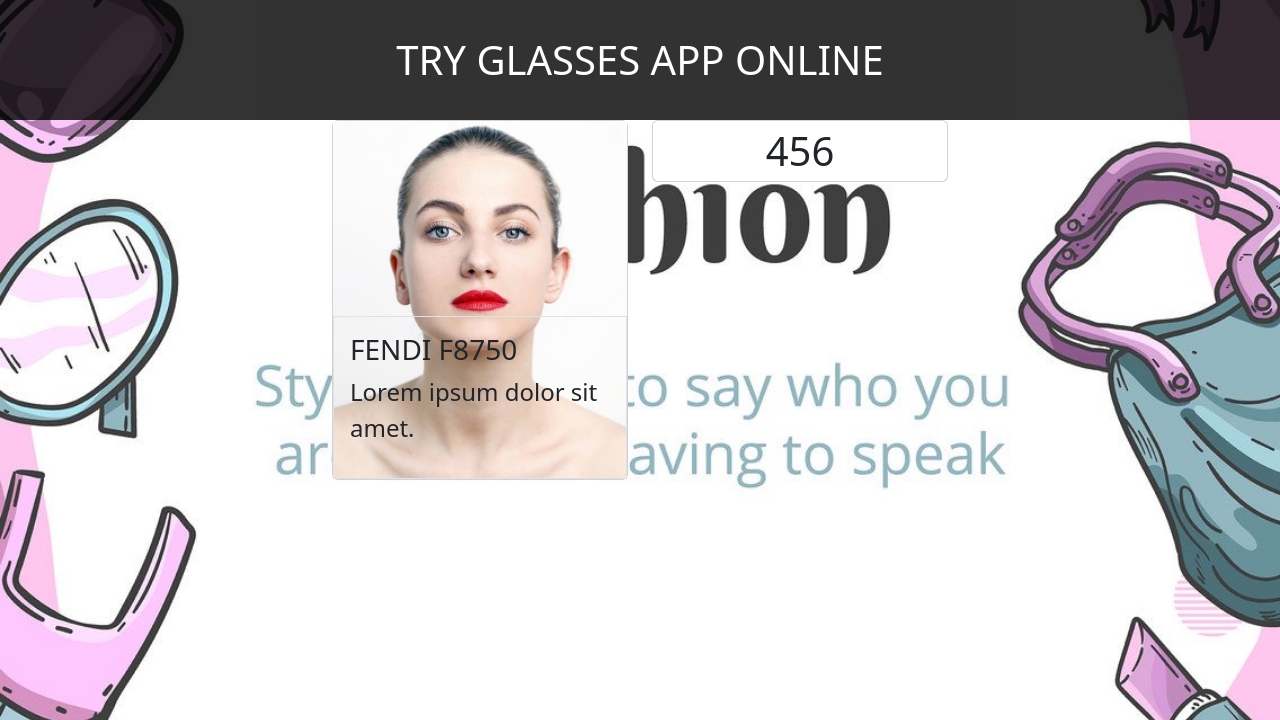
Repository: akira17518/React_JS_Glasses
Page: /
These files come from the project's save history. The page is drawn as it stood at one moment and after the next save; the edit follows.
The browser window is 1280 px wide. The pictures show the whole page.
The project was rebuilt for these pictures with package versions that can differ from the ones it lists, and the page was loaded fresh each time.

Above is the page before, as saved 2023-05-10 10:19:37.

### public/index.html
<!DOCTYPE html>
<html lang="en">

<head>
  <meta charset="utf-8" />
  <link rel="icon" href="%PUBLIC_URL%/favicon.ico" />
  <meta name="viewport" content="width=device-width, initial-scale=1" />
  <meta name="theme-color" content="#000000" />
  <meta name="description" content="Web site created using create-react-app" />
  <link rel="apple-touch-icon" href="%PUBLIC_URL%/logo192.png" />
  <!--
      manifest.json provides metadata used when your web app is installed on a
      user's mobile device or desktop. See https://developers.google.com/web/fundamentals/web-app-manifest/
    -->
  <link rel="manifest" href="%PUBLIC_URL%/manifest.json" />
  <link href="https://cdn.jsdelivr.net/npm/bootstrap@5.3.0-alpha3/dist/css/bootstrap.min.css" rel="stylesheet"
    integrity="sha384-KK94CHFLLe+nY2dmCWGMq91rCGa5gtU4mk92HdvYe+M/SXH301p5ILy+dN9+nJOZ" crossorigin="anonymous">
  <!--
      Notice the use of %PUBLIC_URL% in the tags above.
      It will be replaced with the URL of the `public` folder during the build.
      Only files inside the `public` folder can be referenced from the HTML.

      Unlike "/favicon.ico" or "favicon.ico", "%PUBLIC_URL%/favicon.ico" will
      work correctly both with client-side routing and a non-root public URL.
      Learn how to configure a non-root public URL by running `npm run build`.
    -->
  <title>React App</title>
</head>

<body class="">
  <noscript>You need to enable JavaScript to run this app.</noscript>
  <div id="root"></div>
  <!--
      This HTML file is a template.
      If you open it directly in the browser, you will see an empty page.

      You can add webfonts, meta tags, or analytics to this file.
      The build step will place the bundled scripts into the <body> tag.

      To begin the development, run `npm start` or `yarn start`.
      To create a production bundle, use `npm run build` or `yarn build`.
    -->
  <script src="https://cdn.jsdelivr.net/npm/bootstrap@5.3.0-alpha3/dist/js/bootstrap.bundle.min.js"
    integrity="sha384-ENjdO4Dr2bkBIFxQpeoTz1HIcje39Wm4jDKdf19U8gI4ddQ3GYNS7NTKfAdVQSZe"
    crossorigin="anonymous"></script>
</body>

</html>

### src/index.js
import React from 'react';
import ReactDOM from 'react-dom/client';
import App from './App';

const root = ReactDOM.createRoot(document.getElementById('root'));
root.render(
    <App></App>
);

### src/App.js
import React, { Component } from 'react'
import BaiTapSetState from './BTsetState/BaiTapSetState'
import appCSS from './assets/app.module.css'
export default class App extends Component {
    render() {
        return (
            <div className={`${appCSS.app} vh-100`}>
                <BaiTapSetState></BaiTapSetState>
            </div>
        )
    }
}

### src/BTsetState/BaiTapSetState.jsx
import React, { Component } from 'react'
import HeaderComponent from './HeaderComponent'
import Content from './Content'

export default class extends Component {
  render() {
    return (
      <div>
        <div>
          <HeaderComponent></HeaderComponent>
        </div>
        <div className='w-50 m-auto fs-1 text-center'>
          <Content></Content>
        </div>
      </div>
    )
  }
}

### src/assets/app.module.css
.app {
    background:  url(../../public/img/background.jpg);
    background-position: center;
    background-repeat: no-repeat;
    background-size: cover;
}

### src/BTsetState/HeaderComponent.jsx
import React, { Component } from 'react'
import headerStyle from '../assets/header.module.css'
export default class HeaderComponent extends Component {
    render() {
        return (
            <div className={`${headerStyle.header}`}>TRY GLASSES APP ONLINE</div>
        )
    }
}

### src/BTsetState/Content.jsx
import React, { Component } from 'react'

export default class Content extends Component {
  render() {
    return (
      <div className='container'>
        <div className="top-model">
          <div className="row">
            <div className="col-6">
              <div className='card-left card'>
                <img src="./img/model.jpg" alt="" />
                <div className="card-body fs-4 text-start position-absolute bottom-0 end-0 border">
                  <h3>FENDI F8750</h3>
                  <p>Lorem ipsum dolor sit amet.</p>
                </div>
              </div>
            </div>
            <div className="col-6">
              <div className='card-right card'>
                <img src="" alt="" />
                456
              </div>
            </div>
          </div>
        </div>

      </div>
    )
  }
}

### src/assets/header.module.css
.header {
    background-color: black;
    opacity: 0.8;
    color: #fff;
    text-align: center;
    font-size: 40px;
    padding: 30px;
}

After the next save:
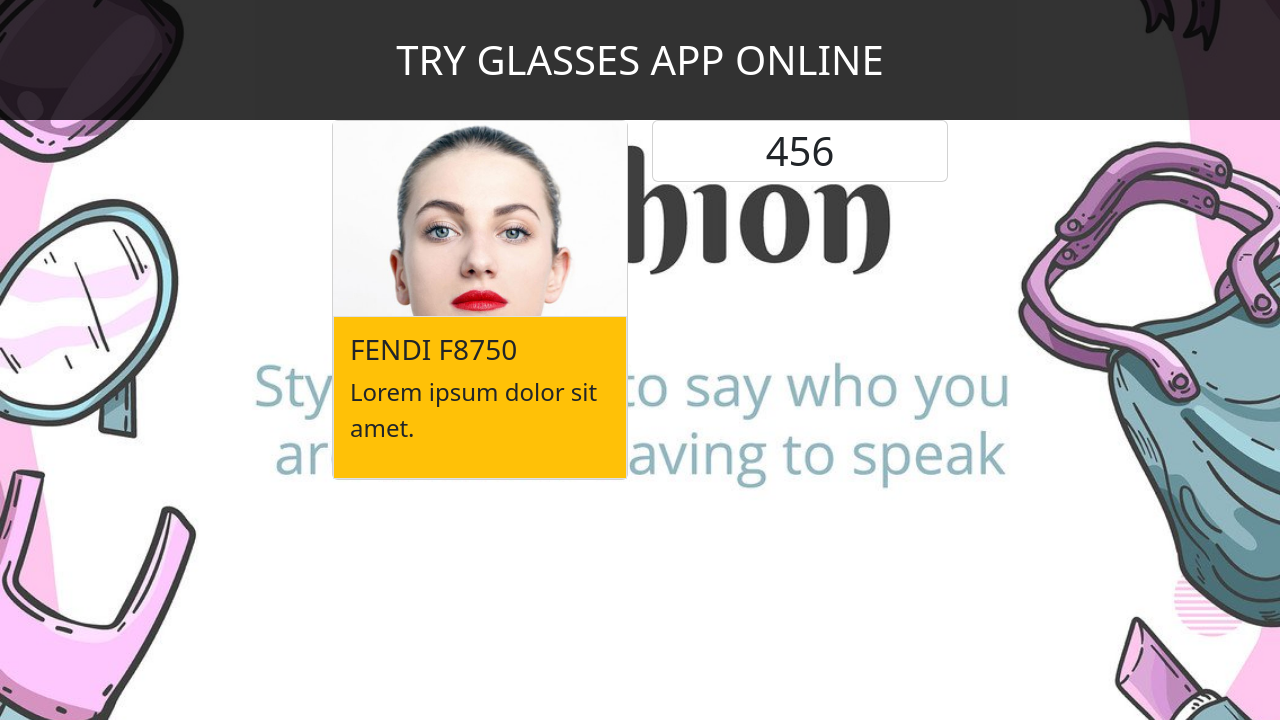
Saved 19 s later.
--- a/src/BTsetState/Content.jsx
+++ b/src/BTsetState/Content.jsx
@@ -9,7 +9,7 @@
             <div className="col-6">
               <div className='card-left card'>
                 <img src="./img/model.jpg" alt="" />
-                <div className="card-body fs-4 text-start position-absolute bottom-0 end-0 border">
+                <div className="card-body fs-4 text-start position-absolute bottom-0 end-0 bg-warning border">
                   <h3>FENDI F8750</h3>
                   <p>Lorem ipsum dolor sit amet.</p>
                 </div>
